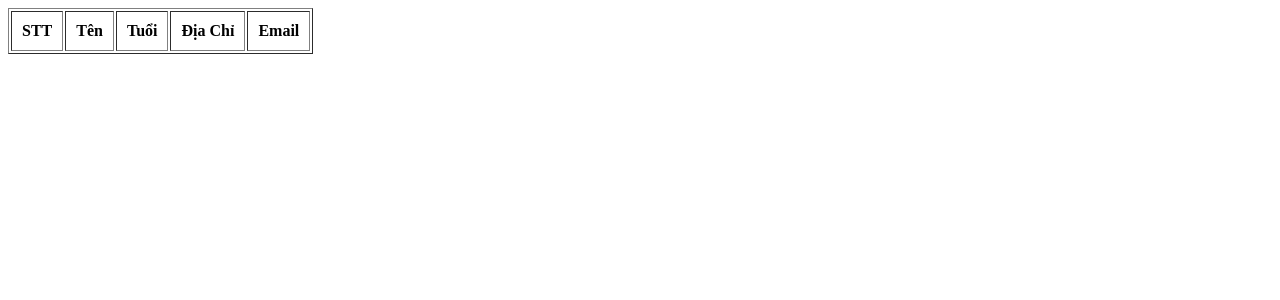
Repository: AnhDuc0125/HTML-Aptech
Page: bt2008/index.html
An editor plug-in stored every save of this project. The page is shown before and after the next save, followed by the edit.
The browser window is 1280 px wide. The pictures show the whole page.

Above is the page before, as saved 2021-11-29 07:51:32.
Console error: ReferenceError: i is not defined

### bt2008/index.html
<!DOCTYPE html>
<html lang="en">
<head>
    <meta charset="UTF-8">
    <meta http-equiv="X-UA-Compatible" content="IE=edge">
    <meta name="viewport" content="width=device-width, initial-scale=1.0">
    <script src="main.js"></script>
    <title>Danh sách Sinh Viên</title>
</head>
<body>
    <table border="1px solid black" cellpadding= "10" style="text-align:center">
        <tr>
            <th>STT</th>
            <th>Tên</th>
            <th>Tuổi</th>
            <th>Địa Chỉ</th>
            <th>Email</th>
        </tr>
    <script>
        var stdList = [
    {
    "name" : "Vũ Đức Anh",
    "age" : "18",
    "address" : "Hà Nội",
    "email" : "vuducanh0125@gmail.com"
    },
    {
    "name" : "Vũ Đức Anh",
    "age" : "18",
    "address" : "Hà Nội",
    "email" : "vuducanh0125@gmail.com"
    },
    {
    "name" : "Vũ Đức Anh",
    "age" : "18",
    "address" : "Hà Nội",
    "email" : "vuducanh0125@gmail.com"
    },
    {
    "name" : "Vũ Đức Anh",
    "age" : "18",
    "address" : "Hà Nội",
    "email" : "vuducanh0125@gmail.com"
    },
    {
    "name" : "Vũ Đức Anh",
    "age" : "18",
    "address" : "Hà Nội",
    "email" : "vuducanh0125@gmail.com"
    },
    {
    "name" : "Vũ Đức Anh",
    "age" : "18",
    "address" : "Hà Nội",
    "email" : "vuducanh0125@gmail.com"
    },
    {
    "name" : "Vũ Đức Anh",
    "age" : "18",
    "address" : "Hà Nội",
    "email" : "vuducanh0125@gmail.com"
    },
    {
    "name" : "Vũ Đức Anh",
    "age" : "18",
    "address" : "Hà Nội",
    "email" : "vuducanh0125@gmail.com"
    },
    {
    "name" : "Vũ Đức Anh",
    "age" : "18",
    "address" : "Hà Nội",
    "email" : "vuducanh0125@gmail.com"
    },
    {
    "name" : "Vũ Đức Anh",
    "age" : "18",
    "address" : "Hà Nội",
    "email" : "vuducanh0125@gmail.com"
    },
    {
    "name" : "Vũ Đức Anh",
    "age" : "18",
    "address" : "Hà Nội",
    "email" : "vuducanh0125@gmail.com"
    },
    {
    "name" : "Vũ Đức Anh",
    "age" : "18",
    "address" : "Hà Nội",
    "email" : "vuducanh0125@gmail.com"
    },
    {
    "name" : "Vũ Đức Anh",
    "age" : "18",
    "address" : "Hà Nội",
    "email" : "vuducanh0125@gmail.com"
    },
    {
    "name" : "Vũ Đức Anh",
    "age" : "18",
    "address" : "Hà Nội",
    "email" : "vuducanh0125@gmail.com"
    },
    {
    "name" : "Vũ Đức Anh",
    "age" : "18",
    "address" : "Hà Nội",
    "email" : "vuducanh0125@gmail.com"
    },
    {
    "name" : "Vũ Đức Anh",
    "age" : "18",
    "address" : "Hà Nội",
    "email" : "vuducanh0125@gmail.com"
    },
    {
    "name" : "Vũ Đức Anh",
    "age" : "18",
    "address" : "Hà Nội",
    "email" : "vuducanh0125@gmail.com"
    },
    {
    "name" : "Vũ Đức Anh",
    "age" : "18",
    "address" : "Hà Nội",
    "email" : "vuducanh0125@gmail.com"
    },
    {
    "name" : "Vũ Đức Anh",
    "age" : "18",
    "address" : "Hà Nội",
    "email" : "vuducanh0125@gmail.com"
    },
    {
    "name" : "Vũ Đức Anh",
    "age" : "18",
    "address" : "Hà Nội",
    "email" : "vuducanh0125@gmail.com"
    }
]

    console.log(stdList.name)
    </script>
</table>
</body>
</html>

### bt2008/main.js
var stdList = [
    {
    "name" : "Vũ Đức Anh",
    "age" : "18",
    "address" : "Hà Nội",
    "email" : "vuducanh0125@gmail.com"
    },
    {
    "name" : "Vũ Đức Anh",
    "age" : "18",
    "address" : "Hà Nội",
    "email" : "vuducanh0125@gmail.com"
    },
    {
    "name" : "Vũ Đức Anh",
    "age" : "18",
    "address" : "Hà Nội",
    "email" : "vuducanh0125@gmail.com"
    },
    {
    "name" : "Vũ Đức Anh",
    "age" : "18",
    "address" : "Hà Nội",
    "email" : "vuducanh0125@gmail.com"
    },
    {
    "name" : "Vũ Đức Anh",
    "age" : "18",
    "address" : "Hà Nội",
    "email" : "vuducanh0125@gmail.com"
    },
    {
    "name" : "Vũ Đức Anh",
    "age" : "18",
    "address" : "Hà Nội",
    "email" : "vuducanh0125@gmail.com"
    },
    {
    "name" : "Vũ Đức Anh",
    "age" : "18",
    "address" : "Hà Nội",
    "email" : "vuducanh0125@gmail.com"
    },
    {
    "name" : "Vũ Đức Anh",
    "age" : "18",
    "address" : "Hà Nội",
    "email" : "vuducanh0125@gmail.com"
    },
    {
    "name" : "Vũ Đức Anh",
    "age" : "18",
    "address" : "Hà Nội",
    "email" : "vuducanh0125@gmail.com"
    },
    {
    "name" : "Vũ Đức Anh",
    "age" : "18",
    "address" : "Hà Nội",
    "email" : "vuducanh0125@gmail.com"
    },
    {
    "name" : "Vũ Đức Anh",
    "age" : "18",
    "address" : "Hà Nội",
    "email" : "vuducanh0125@gmail.com"
    },
    {
    "name" : "Vũ Đức Anh",
    "age" : "18",
    "address" : "Hà Nội",
    "email" : "vuducanh0125@gmail.com"
    },
    {
    "name" : "Vũ Đức Anh",
    "age" : "18",
    "address" : "Hà Nội",
    "email" : "vuducanh0125@gmail.com"
    },
    {
    "name" : "Vũ Đức Anh",
    "age" : "18",
    "address" : "Hà Nội",
    "email" : "vuducanh0125@gmail.com"
    },
    {
    "name" : "Vũ Đức Anh",
    "age" : "18",
    "address" : "Hà Nội",
    "email" : "vuducanh0125@gmail.com"
    },
    {
    "name" : "Vũ Đức Anh",
    "age" : "18",
    "address" : "Hà Nội",
    "email" : "vuducanh0125@gmail.com"
    },
    {
    "name" : "Vũ Đức Anh",
    "age" : "18",
    "address" : "Hà Nội",
    "email" : "vuducanh0125@gmail.com"
    },
    {
    "name" : "Vũ Đức Anh",
    "age" : "18",
    "address" : "Hà Nội",
    "email" : "vuducanh0125@gmail.com"
    },
    {
    "name" : "Vũ Đức Anh",
    "age" : "18",
    "address" : "Hà Nội",
    "email" : "vuducanh0125@gmail.com"
    },
    {
    "name" : "Vũ Đức Anh",
    "age" : "18",
    "address" : "Hà Nội",
    "email" : "vuducanh0125@gmail.com"
    }
]

// function showStd() {
    for(std of stdList){
        document.write(`
        <tr>
            <td>${i}</td>
            <td>${stdList.name}</td>
            <td>${stdList.age}</td>
            <td>${stdList.address}</td>
            <td>${stdList.email}</td>
        </tr>
        `)
    }
// }

After the next save:
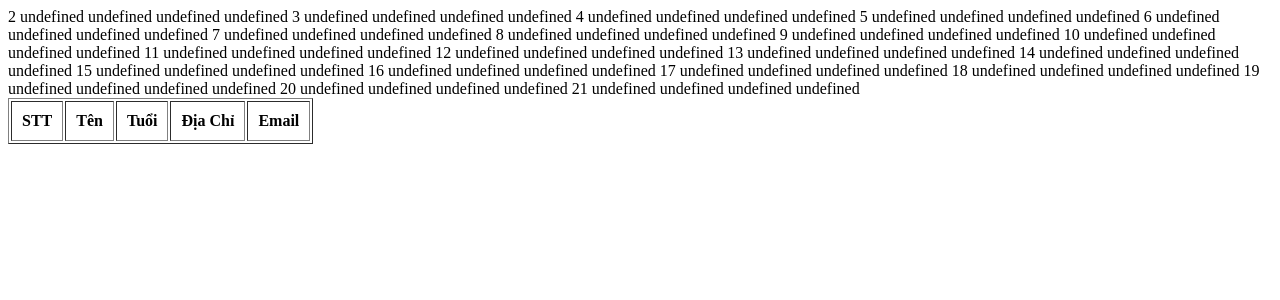
The error is gone.
Saved 43 s later.
--- a/bt2008/main.js
+++ b/bt2008/main.js
@@ -120,9 +120,10 @@ var stdList = [
     "email" : "vuducanh0125@gmail.com"
     }
 ]
-
+i = 1;
 // function showStd() {
     for(std of stdList){
+        i++;
         document.write(`
         <tr>
             <td>${i}</td>
